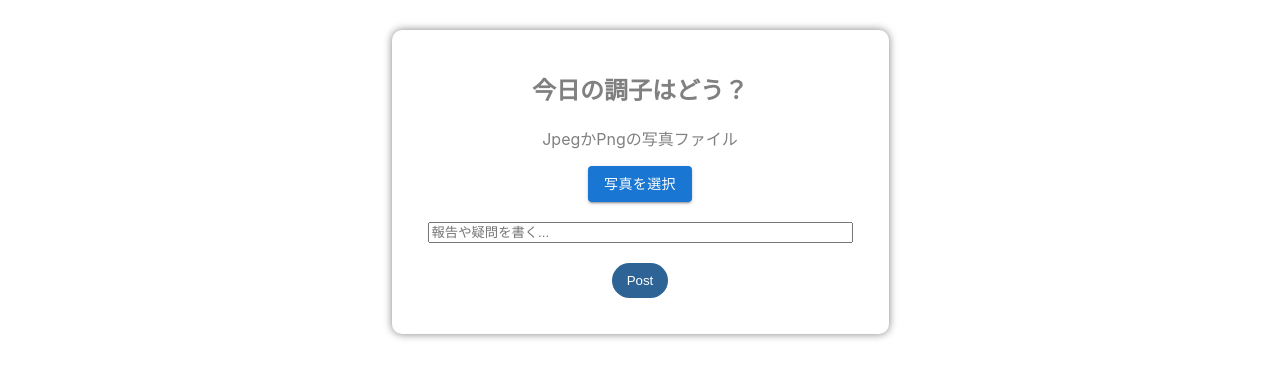
Repository: Seiya00002/seeds_surfers_react_sns
Page: /
These files come from the project's save history. The page is drawn as it stood at one moment and after the next save; the edit follows.
The browser window is 1280 px wide. The pictures show the whole page.
The page's requests for data from a server got no answer. The project was rebuilt for these pictures with package versions that can differ from the ones it lists, and the page was loaded fresh each time. No one was signed in, and anything a server would have sent is missing. Also part of the build but not shown: src/Post.css, src/Post.tsx.

Above is the page before, as saved 2023-08-03 07:56:48.

### src/App.tsx
import React from 'react';
import './App.css';
import { db, storage } from './firebase';
import { useEffect, useState, useRef } from "react";
import { collection, query, orderBy, getDocs, QuerySnapshot } from "firebase/firestore";
import { doc, onSnapshot } from 'firebase/firestore';
import Post from './Post';
import PostUploader from './PostUploader';

function App() {
  const [posts, setPosts] = useState<any>([]);
  // const containerRef = useRef<HTMLDivElement>(null);

  useEffect(() => {
    const q = query(collection(db, 'posts'), orderBy('timestamp', 'desc'));

    const unsubscribe = onSnapshot(q, (querySnapshot) => {
      const postsData = querySnapshot.docs.map((doc) => doc.data());
      setPosts(postsData);
    });

    return () => {
      // コンポーネントがアンマウントされる際にunsubscribeを行う
      unsubscribe();
    };
  }, []);

  // useEffect(() => {
  //   const container = containerRef.current;
  //   if(container){
  //   const scrollHeight = container.scrollHeight;
  //   const scrollTop = container.scrollTop;
  //   const offsetHeight = container.offsetHeight;

  //   container.scrollTop = scrollHeight - (scrollTop + offsetHeight);
  //   }
  // }, [posts]);

  return(
    <div className="App">
      <PostUploader />
      {posts.map((post:any) => (
        <Post key={post.timestamp} post={post} />
      ))}
    </div>
  );
}

export default App;

// 8/2 表示が不具合　・画面が上に推移し消えてしまう

### src/App.css
.App {
  text-align: center;
  display: flex;
  justify-content: center;
  align-items: center;
  width: 100%;
  /* height: 100vh; */
  flex-flow: column;
}

### src/firebase.tsx
import { initializeApp } from "firebase/app";
import { getFirestore } from "firebase/firestore";
import { getStorage } from "firebase/storage";


const firebaseConfig = {
  apiKey: "AIzaSyDRiOj3JAcuLe6c_Ms2hhsjBCCb8lLwSGU",
  authDomain: "seeds-surfers-react-sns.firebaseapp.com",
  projectId: "seeds-surfers-react-sns",
  storageBucket: "seeds-surfers-react-sns.appspot.com",
  messagingSenderId: "1087322797942",
  appId: "1:1087322797942:web:be61f4173bd538ec6e2c57"
};

const app = initializeApp(firebaseConfig);

export const storage = getStorage(app);

export const db = getFirestore(app);

// export default db;
// export default storage;

### src/PostUploader.tsx
import React, { useState}  from "react";
import ImageLogo from "./image.svg";
import "./PostUploader.css";
import { Button } from '@mui/material';
import { db, storage } from "./firebase";
import { ref, uploadBytesResumable, getDownloadURL } from "firebase/storage";
import firebase from "firebase/app";
import "firebase/firestore";
import { addDoc, collection, serverTimestamp } from "firebase/firestore";
import Post from "./Post";


function PostUploader() {
  const [loading, setLoading] = useState<boolean>(false);
  const [isUpLoaded, setUploaded] = useState<boolean>(false);
  const [text, setText] = useState<string>("");
  const [fileUrl, setFileUrl] = useState<any>("");

  const OnFileUploadToFirebase = (e:any) => {
        const file = e.target.files[0];
        const storageRef = ref(storage, 'image/' + file.name);
        const uploadImage = uploadBytesResumable(storageRef, file);

        setLoading(true);

        uploadImage.then((snapshot) => {
          setLoading(false);
          setUploaded(true);
          return getDownloadURL(snapshot.ref);
        })
        .then((url) => {
          setFileUrl(url);
        })
        .catch((error: any) => {
          setLoading(false);
          console.error("画像のアップロードに失敗しました。:", error);
        });
  };

  const onTextUploadToFirebase = () => {
    addDoc(collection(db, "posts"), {
      text:text,
      imageUrl:fileUrl,
      timestamp: serverTimestamp(),
    })
    .then(()=>{
      console.log("投稿が完了しました！");
      setText("");
      setFileUrl("");
      setUploaded(false);
    })
    .catch((error: any) => {
      console.error("エラーが発生しました。:",error);
    });
  };

  return (
    <>
      {loading ?(
        <h2>画像アップロード中・・・</h2>
      ) : (
        <>
          {isUpLoaded ? (
            <>
              <div className="outerBox">
                <h2>画像アップロード完了しました！</h2>

                <form id="post">
                  <label>
                    <input
                      type="text"
                      placeholder="報告や疑問を書く..."
                      size={50}
                      maxLength={500}
                      value={text}
                      onChange={e => setText(e.target.value)}
                    />
                  </label>
                  </form>
                  <input
                    type="button"
                    form="post"
                    value="Post"
                    onClick={onTextUploadToFirebase}
                  />
              </div>
            </>
            ) : (
              <div className="outerBox">
                <div className="title">
                  <h2>今日の調子はどう？</h2>
                  <p>JpegかPngの写真ファイル</p>
                </div>
                {/* <div className="imageUplodeBox">
                  <div className="imageLogoAndText">
                    <img src={ImageLogo} alt="imagelogo" />
                    <p>ここにドラッグ＆ドロップしてね</p>
                  </div>
                  <input
                  className="imageUploadInput"
                  multiple name="imageURL"
                  type="file"
                  accept=".png, .jpeg, .jpg"
                  onChange={OnFileUploadToFirebase}
                  />
                </div> */}
                {/* <p>または</p> */}
                <Button variant="contained">
                  写真を選択
                  <input
                  className="imageUploadInput"
                  type="file"
                  accept=".png, .jpeg, .jpg"
                  onChange={OnFileUploadToFirebase}
                  />
                </Button>
                <form id="post">
                  <label>
                    <input
                      type="text"
                      placeholder="報告や疑問を書く..."
                      className="textPost"
                      size={50}
                      maxLength={500}
                      value={text}
                      onChange={e => setText(e.target.value)}
                    />
                  </label>
                  </form>
                  <input
                    type="button"
                    className="textUploadInput"
                    form="post"
                    value="Post"
                    onClick={onTextUploadToFirebase}
                  />
              </div>
            )
          }
        </>
      )}
    </>
  );
};

export default PostUploader;

### src/PostUploader.css
.outerBox {
    margin: 30px 0;
    display: flex;
    flex-direction: column;
    align-items: center;
    justify-content: center;
    text-align: center;
    border: none;
    padding: 36px;
    border-radius: 10px;
    box-shadow: 0px 0px 8px gray;
    color: gray;
  }

  .outerBox h2 {
    font-weight: 600;
    margin-top: 5px;
  }

  .imageUplodeBox {
    border: 2px dashed #2d6395;
    padding: 35px 60px;
    position: relative;
  }

  .imageLogoAndText p {
    margin-bottom: 0px;
  }

  .imageUploadInput {
    opacity: 0;
    position: absolute;
    top: 0;
    left: 0;
    width: 100%;
    height: 100%;
    cursor: pointer;
  }

  .textPost {
    margin: 20px 0;
  }

  .textUploadInput {
    border-radius: 50px;
    border: none;
    background-color: #2d6395;
    color: white;
    padding: 10px 15px;
  }

Loaded but not shown: public/index.html (common file); src/index.tsx (common file); src/index.css (common file); src/reportWebVitals.ts (common file)

After the next save:
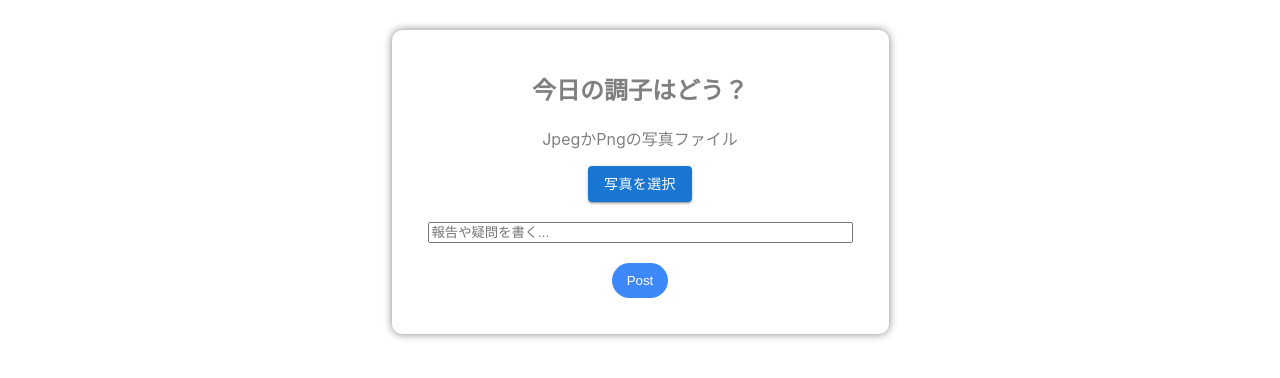
Saved 61 s later.
--- a/src/PostUploader.css
+++ b/src/PostUploader.css
@@ -44,7 +44,7 @@
   .textUploadInput {
     border-radius: 50px;
     border: none;
-    background-color: #2d6395;
+    background-color: #3e89fa;
     color: white;
     padding: 10px 15px;
   }
